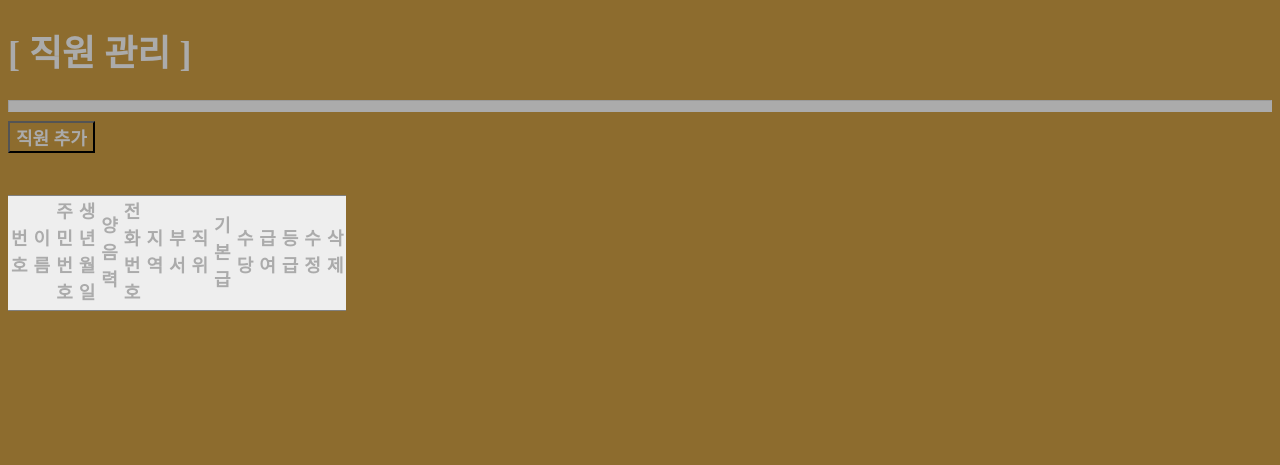
Repository: Umkimisstrong/UM_SpringMVCStudy
Page: http://localhost/mvc04/EmployeeList.jsp
The author's editor kept a copy of each file at every save. The page is drawn from the files as they stood at one save, then again after the next save.
The browser window is 1280 px wide. The pictures show the whole page.
The page is served by Tomcat 9.

Above is the page before, as saved 2022-05-27 01:30:43.

After the next save:
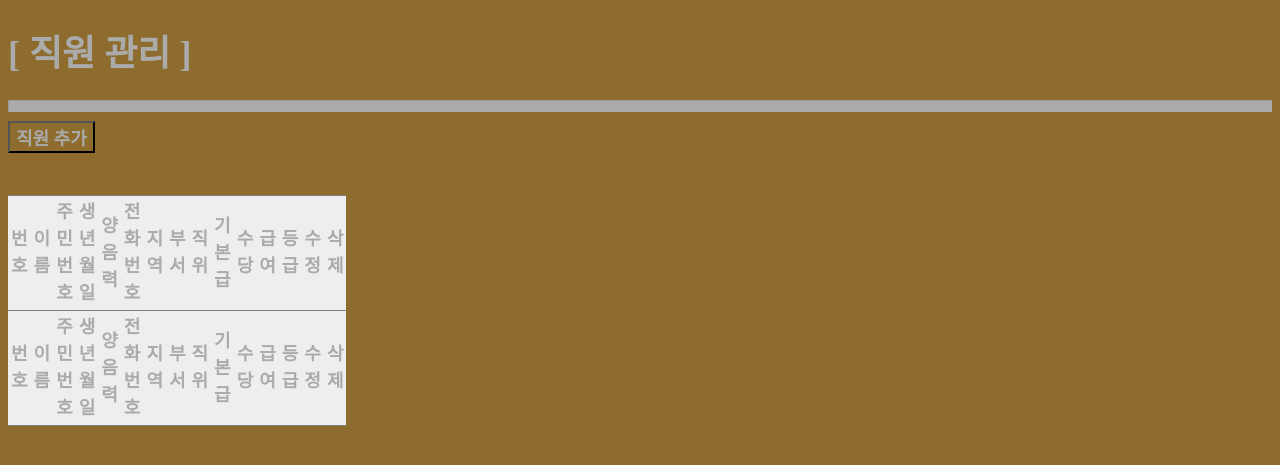
Saved 30 s later.
--- a/mvc04/WebContent/EmployeeList.jsp
+++ b/mvc04/WebContent/EmployeeList.jsp
@@ -62,6 +62,25 @@
 			<th>삭제</th>
 		</tr>
 
+		<tr>
+			<!-- 항목 15EA -->
+			<th>번호</th>
+			<th>이름</th>
+			<th>주민번호</th>
+			<th>생년월일</th>
+			<th>양음력</th>
+			<th>전화번호</th>
+			<th>지역</th>
+			<th>부서</th>
+			<th>직위</th>
+			<th>기본급</th>
+			<th>수당</th>
+			<th>급여</th>
+			<th>등급</th>
+			<th>수정</th>
+			<th>삭제</th>
+		</tr>
+
 
 	</table>
 
